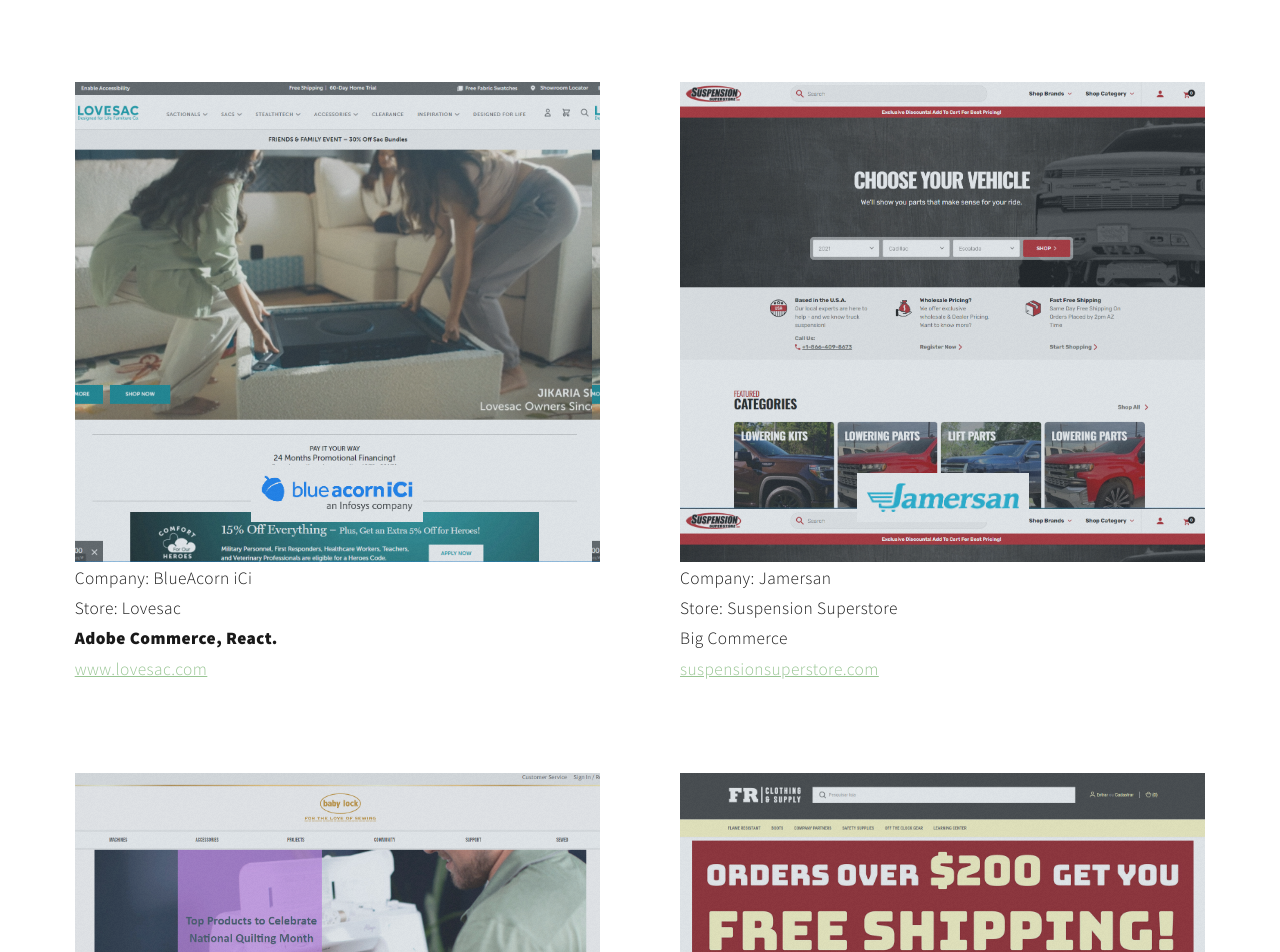
Repository: mauriciopazpp/mauriciopazpp.github.io
Page: index.html
The author's editor kept a copy of each file at every save. The page is drawn from the files as they stood at one save, then again after the next save.
The browser window is 1280 px wide. The pictures show the part of the page from y = 5548 to 6500 px (the page is 10934 px tall).
A picture or video elsewhere on the page could not be fetched, so the positions and the page height are approximate. Backgrounds fixed to the window are drawn as part of the page.

Above is the page before, as saved 2024-03-05 23:52:50.
Console error: TypeError: Cannot set properties of undefined (setting 'windowMargin')

After the next save:
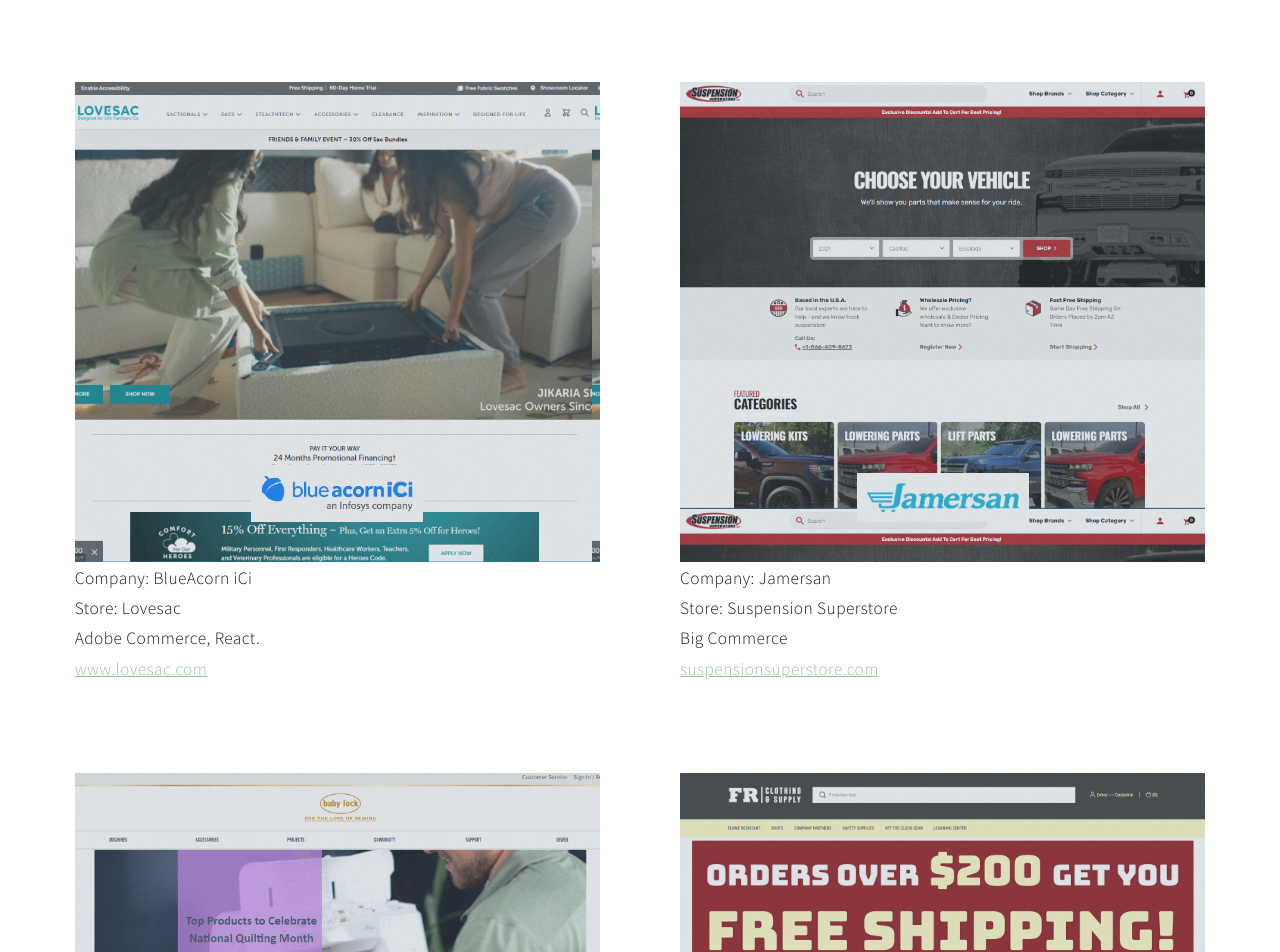
Saved 10 s later.
--- a/index.html
+++ b/index.html
@@ -222,7 +222,7 @@
 							<div class="information">
 								<p>Company: BlueAcorn iCi</p>
 								<p>Store: Lovesac</p>
-								<p><b>Adobe Commerce, React.</b></p>
+								<p>Adobe Commerce, React.</p>
 								<p><a href="https://www.lovesac.com/">www.lovesac.com</a></p>
 							</div>
 						</article>
